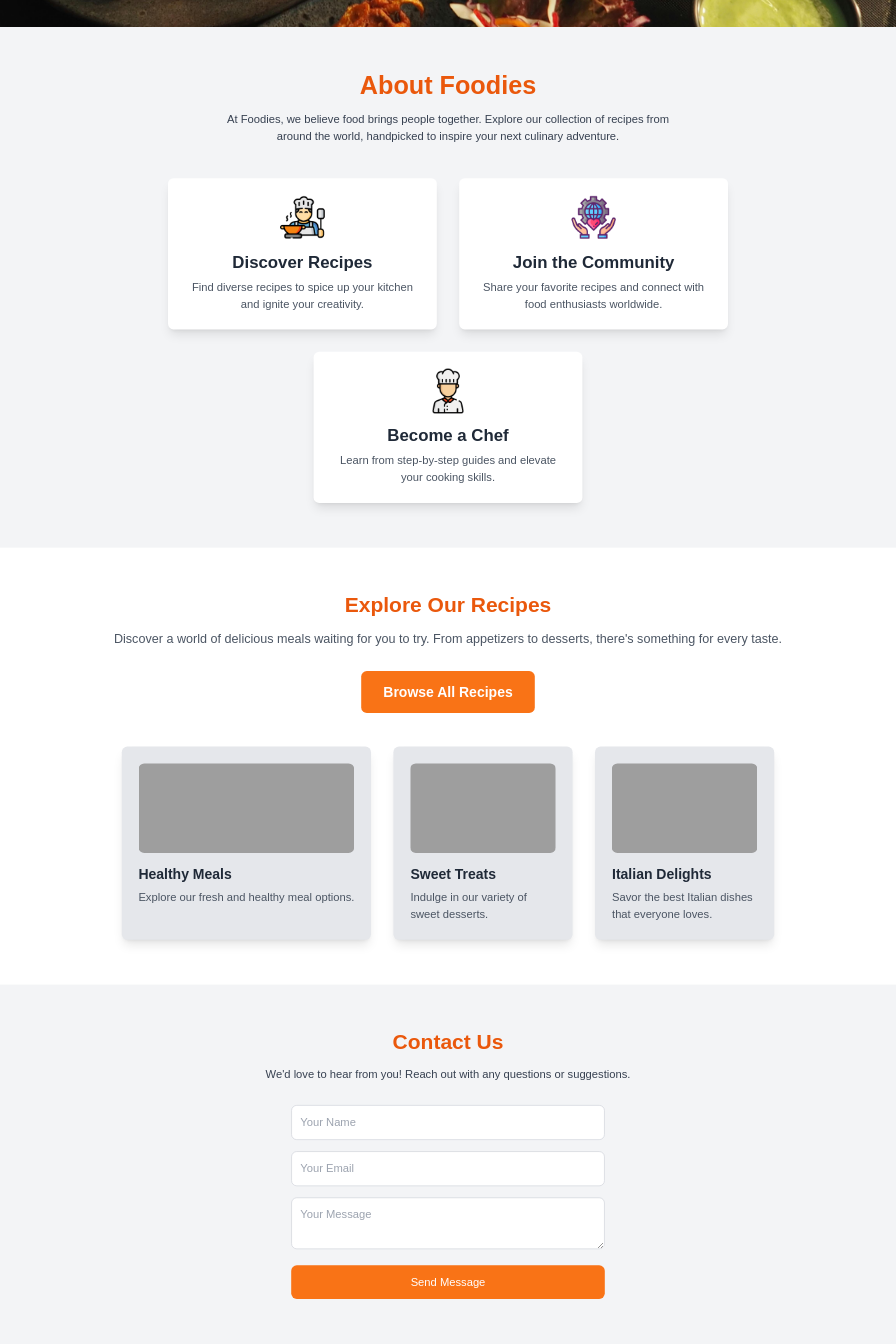
Repository: Ademaulana100499/foodies
Page: /Main
The author's editor kept a copy of each file at every save. The page is drawn from the files as they stood at one save, then again after the next save.
The browser window is 1280 px wide. The pictures show the part of the page from y = 681 to 2601 px (the page is 2601 px tall), at 70% of full size.
Pictures or frames that could not be fetched are drawn as grey boxes. The project was rebuilt for these pictures with package versions that can differ from the ones it lists, and the page was loaded fresh each time. The framework's server and built-in components were replaced by stand-ins that run in the browser. Also part of the build but not shown: next.config.ts.

Above is the page before, as saved 2025-01-10 11:33:15.

After the next save:
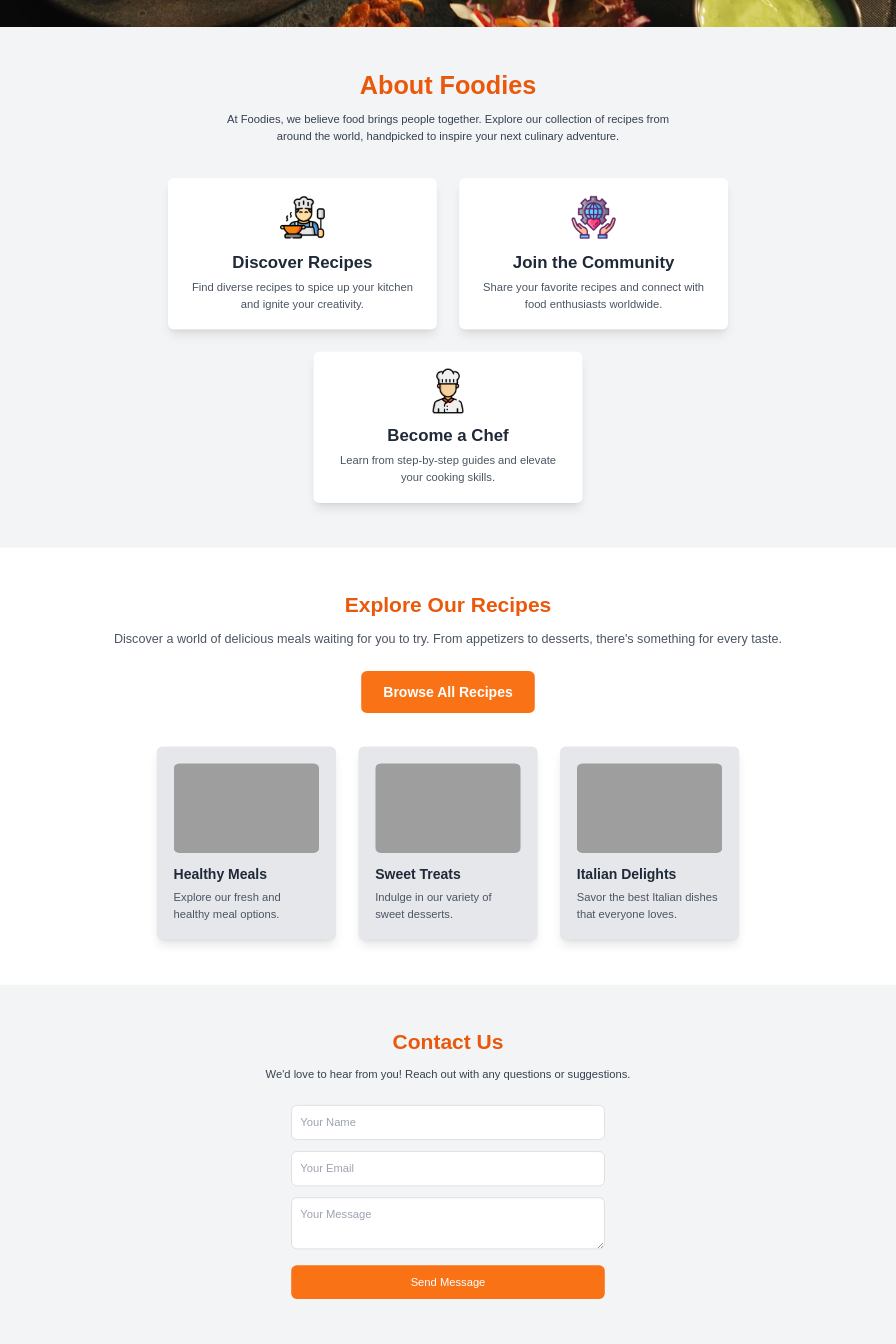
Saved 14 s later.
--- a/src/pages/Main/index.tsx
+++ b/src/pages/Main/index.tsx
@@ -95,7 +95,7 @@ const MainPage = () => {
           </Link>
         </div>
         <div className="mt-12 flex flex-wrap justify-center gap-8">
-          <div className="bg-gray-200 p-6 rounded-lg shadow-lg ">
+          <div className="bg-gray-200 p-6 rounded-lg shadow-lg  sm:w-64">
             <img
               src="https://nutritionrefined.com/wp-content/uploads/2023/08/homemade-garden-salad-featured.jpg"
               alt="Salad"
